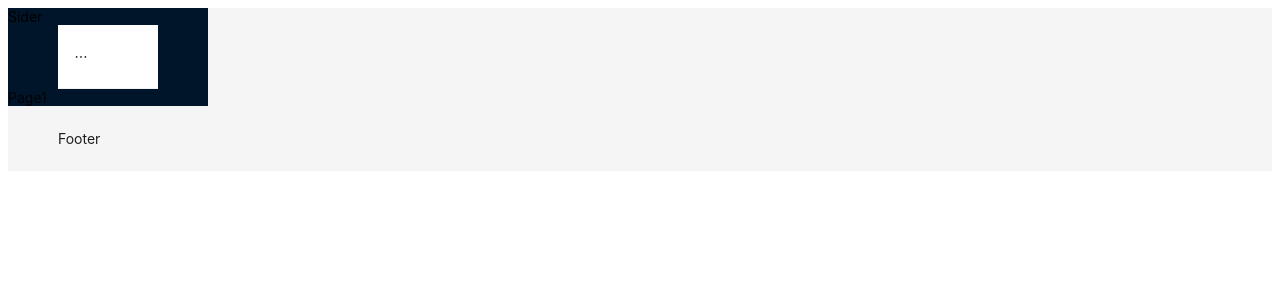
Repository: BESTETURKMEN/e-commerce
Page: /#/
These files come from the project's save history. The page is drawn as it stood at one moment and after the next save; the edit follows.
The browser window is 1280 px wide. The pictures show the whole page.
The project was rebuilt for these pictures with package versions that can differ from the ones it lists, and the page was loaded fresh each time. Also part of the build but not shown: webpack.config.js, src/layout/layout.scss, src/pages/page2.jsx, src/pages/page3.jsx.

Above is the page before, as saved 2023-08-21 09:55:29.

After the next save:
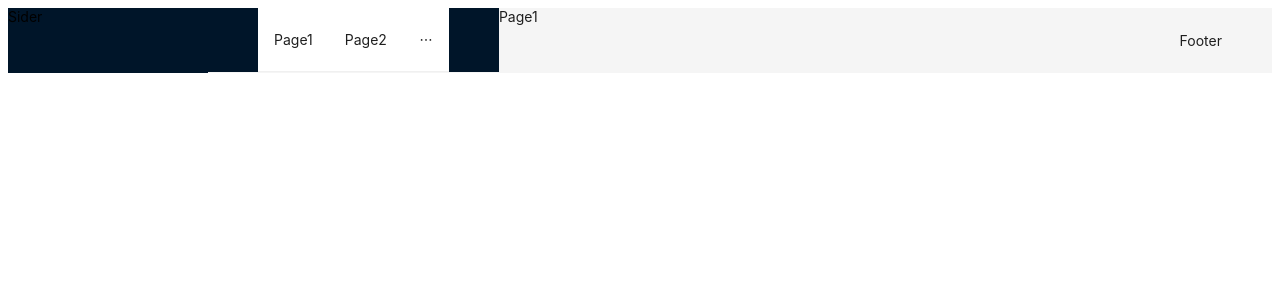
Saved 62 s later.
--- a/src/layout/index.jsx
+++ b/src/layout/index.jsx
@@ -12,17 +12,17 @@
     <div>
       <Layout>
         <Layout.Sider>
-          <Sider />
-          <Layout.Header>
-            <Header />
-          </Layout.Header>
-          <Layout.Content className="content">
-            <Outlet />
-          </Layout.Content>
-          <Layout.Footer>
-            <Footer />
-          </Layout.Footer>
+          <Sider />{" "}
         </Layout.Sider>
+        <Layout.Header>
+          <Header />
+        </Layout.Header>
+        <Layout.Content className="content">
+          <Outlet />
+        </Layout.Content>
+        <Layout.Footer>
+          <Footer />
+        </Layout.Footer>
       </Layout>
     </div>
   );

After the 2 saves that followed:
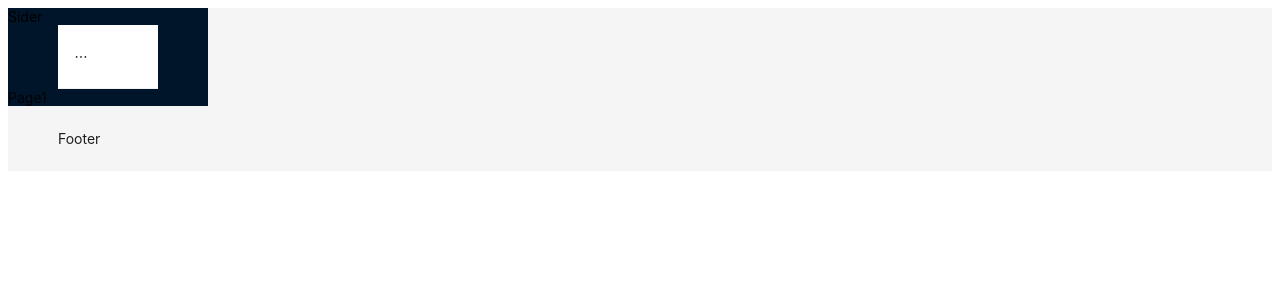
The 2 saves are shown as one change because 1 left the picture as it was.
The last was saved 38 s later.
--- a/src/layout/index.jsx
+++ b/src/layout/index.jsx
@@ -12,17 +12,17 @@
     <div>
       <Layout>
         <Layout.Sider>
-          <Sider />{" "}
+          <Sider />
+          <Layout.Header>
+            <Header />
+          </Layout.Header>
+          <Layout.Content className="content">
+            <Outlet />
+          </Layout.Content>
+          <Layout.Footer>
+            <Footer />
+          </Layout.Footer>
         </Layout.Sider>
-        <Layout.Header>
-          <Header />
-        </Layout.Header>
-        <Layout.Content className="content">
-          <Outlet />
-        </Layout.Content>
-        <Layout.Footer>
-          <Footer />
-        </Layout.Footer>
       </Layout>
     </div>
   );
